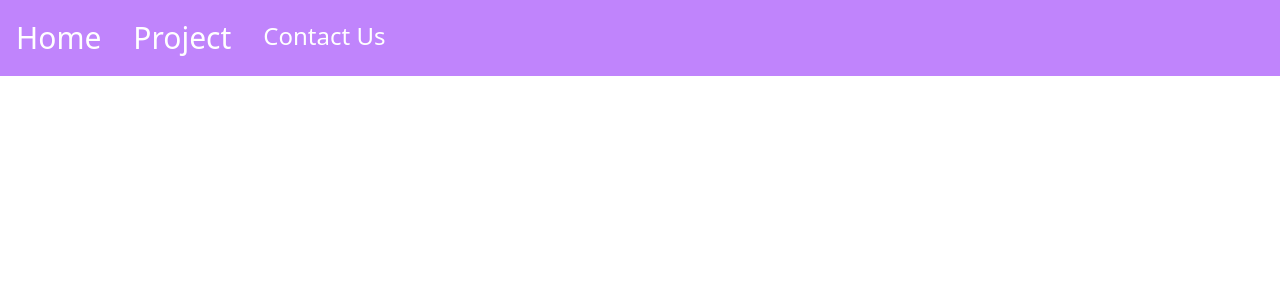
Repository: ashut6138/RozarpayClone
Page: Desktop/RozarpayClone/index.html
An editor plug-in stored every save of this project. The page is shown before and after a run of saves, followed by the edit.
The browser window is 1280 px wide. The pictures show the whole page.
Some web libraries are served in a nearby version.

Above is the page before, as saved 2025-01-21 23:23:02.

### Desktop/RozarpayClone/index.html
<!DOCTYPE html>
<html lang="en">
<head>
    <meta charset="UTF-8">
    <meta name="viewport" content="width=device-width, initial-scale=1.0">
    <title>tailwind intro</title>
    <link rel="stylesheet" href="./main.css">
    <script src="https://cdn.tailwindcss.com"></script>
</head>
<body>
    <nav>
        <ul class="py-5 bg-purple-400 flex">
            <li class="mx-4 text-white text-3xl">Home</li>
            <li class="mx-4 text-white text-3xl">Project</li>
            <li class="mx-4 text-white text-2xl">Contact Us</li>
        </ul>
    </nav>

</body>
</html>

Loaded but not shown: Desktop/RozarpayClone/main.css (common file)

After the next 2 saves:
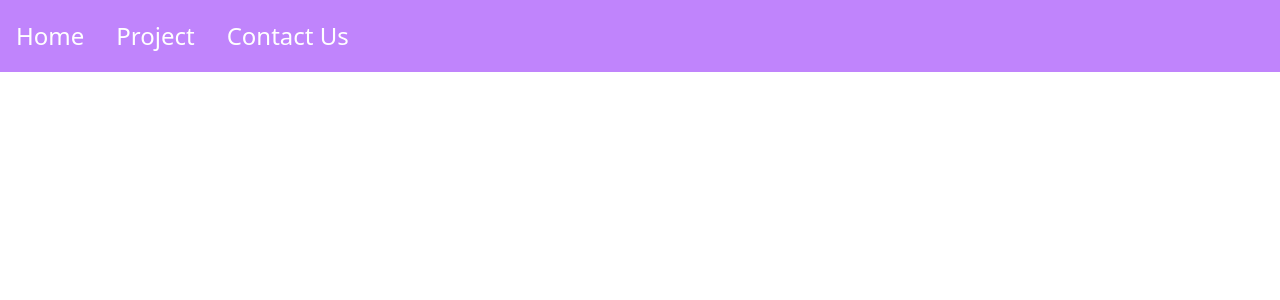
The 2 saves are shown as one change because they came seconds apart.
The last was saved 8 s later.
--- a/Desktop/RozarpayClone/index.html
+++ b/Desktop/RozarpayClone/index.html
@@ -10,8 +10,8 @@
 <body>
     <nav>
         <ul class="py-5 bg-purple-400 flex">
-            <li class="mx-4 text-white text-3xl">Home</li>
-            <li class="mx-4 text-white text-3xl">Project</li>
+            <li class="mx-4 text-white text-2xl">Home</li>
+            <li class="mx-4 text-white text-2xl">Project</li>
             <li class="mx-4 text-white text-2xl">Contact Us</li>
         </ul>
     </nav>
